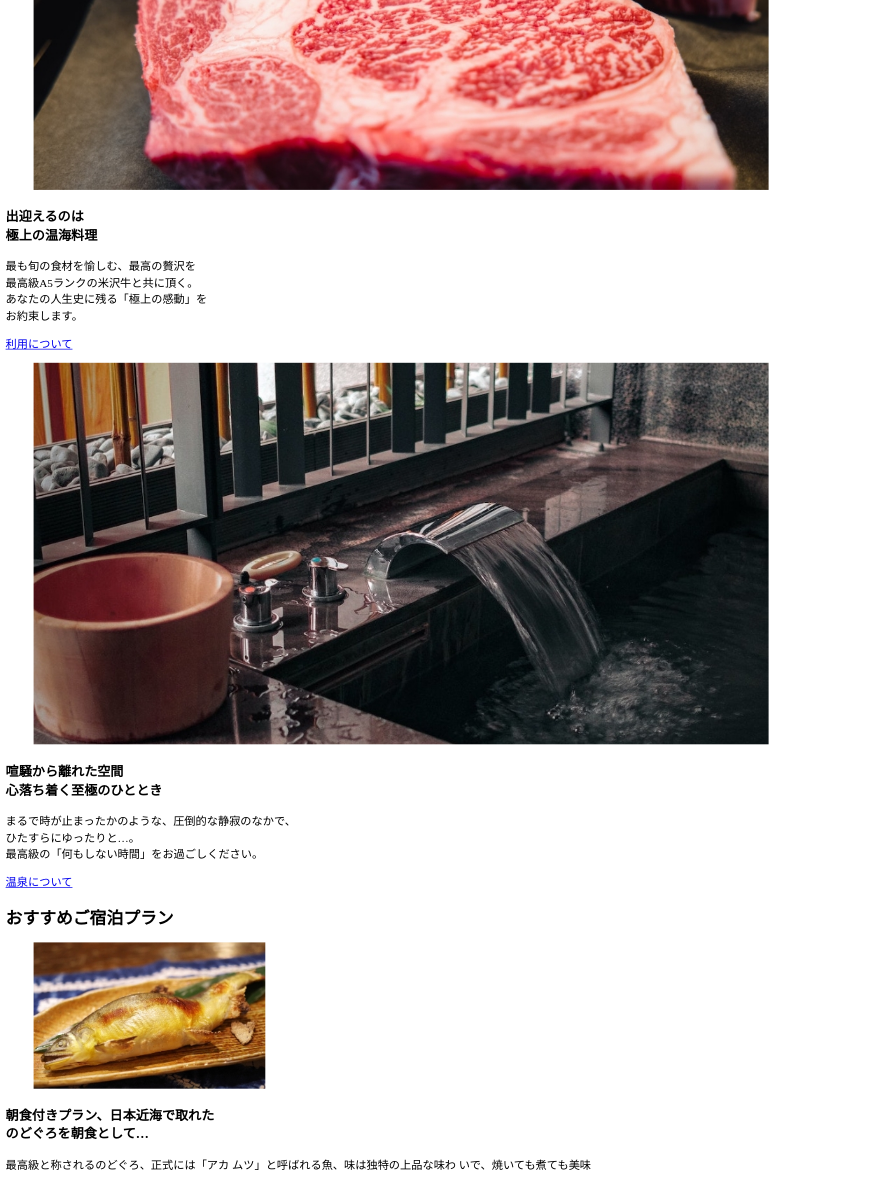
Repository: yuukiyokoyama/compex1
Page: index.html
These files come from the project's save history. The page is drawn as it stood at one moment and after the next save; the edit follows.
The browser window is 1280 px wide. The pictures show the part of the page from y = 2065 to 3985 px (the page is 3756 px tall before and 3985 px after), at 70% of full size.

Above is the page before, as saved 2021-09-17 01:04:57.

After the next save:
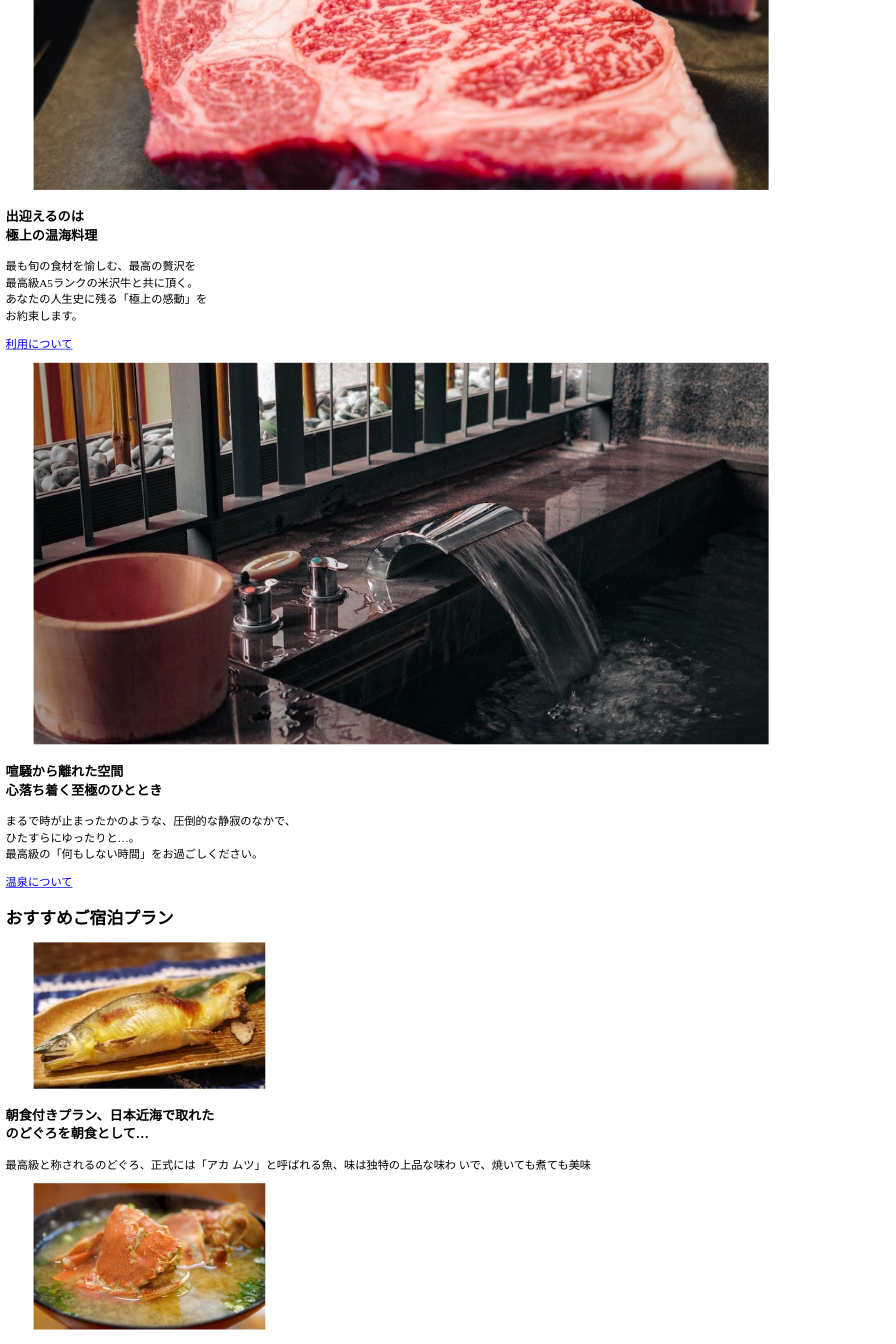
Saved 112 s later.
--- a/index.html
+++ b/index.html
@@ -265,7 +265,14 @@
                   class="lodging-plan__img-wrapper aos-init aos-animate"
                   data-aos="fade-up"
                   data-aos-duration="2000"
-                ></figure>
+                >
+                  <img src="images/recommended02.jpg" alt="期間限定" />
+                </figure>
+                <div
+                  class="lodging-plan__body aos-init aos-animate"
+                  data-aos="fade-up"
+                  data-aos-duration="2000"
+                ></div>
               </div>
               <!-- lodging-plans_item -->
               <div class="lodging-plans_item"></div>
